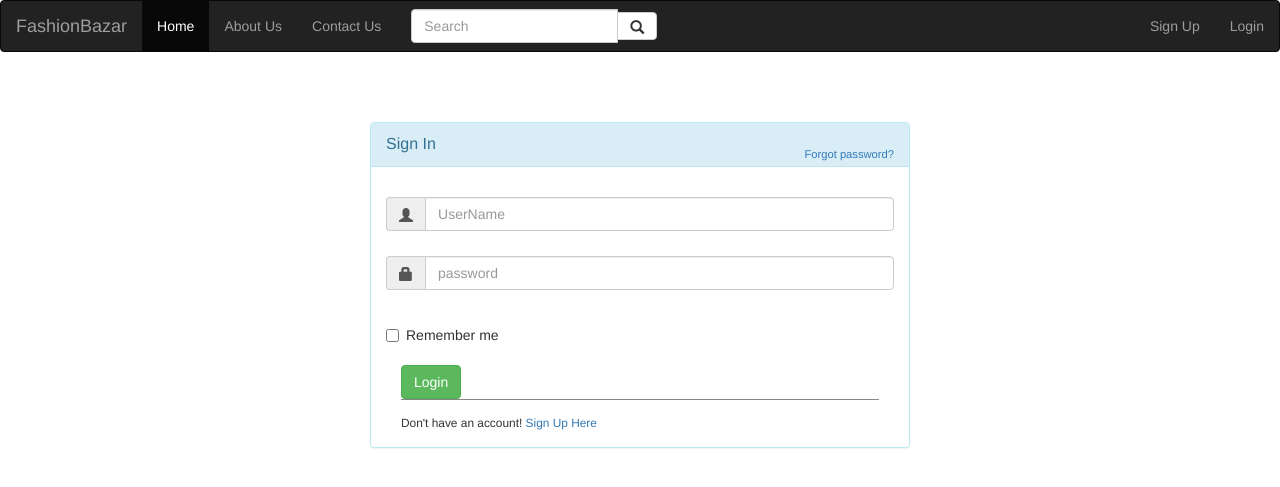
Repository: SmithaMendonca/Project-1
Page: http://localhost/FashionBazarFrontend/WEB-INF/views/Login.jsp
An editor plug-in stored every save of this project. The page is shown before and after the next save, followed by the edit.
The browser window is 1280 px wide. The pictures show the whole page.
The page is served by Tomcat 9. Nobody is signed in. The template is opened directly, without the code that normally fills it, so the values that code supplies are empty.

Above is the page before, as saved 2019-06-06 03:37:42.

After the next save:
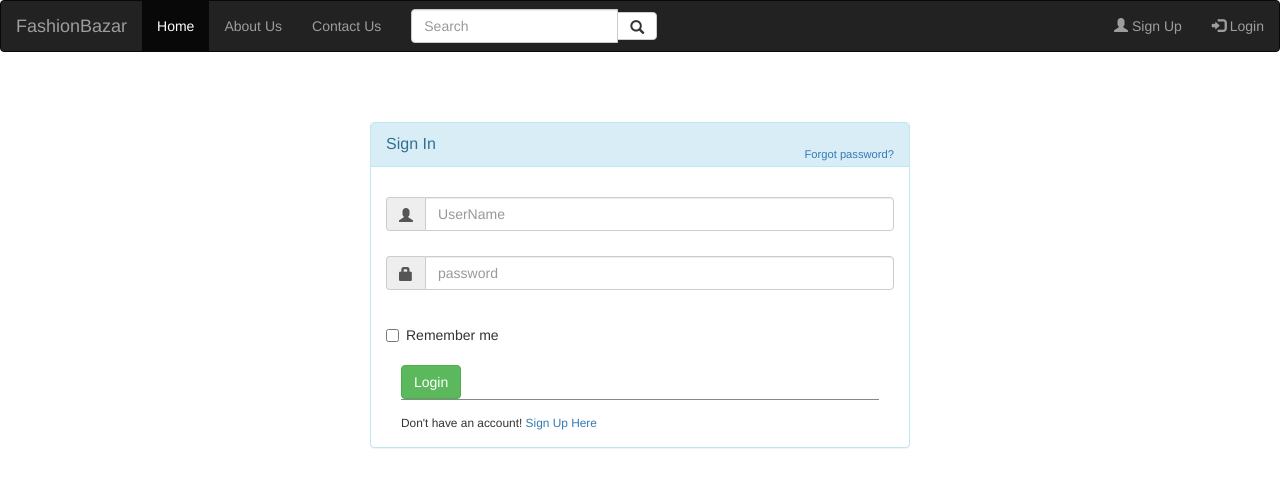
Saved 11 min 12 s later.
--- a/FashionBazarFrontend/src/main/webapp/WEB-INF/views/Header.jsp
+++ b/FashionBazarFrontend/src/main/webapp/WEB-INF/views/Header.jsp
@@ -50,8 +50,8 @@
 
        <ul class="nav navbar-nav navbar-right">
          <c:if test="${!sessionScope.loggedIn }">
-	     	<li><a href="<c:url value="/register"/>"><span-class="glyphicon glyphicon-user"></span> Sign Up</a></li>
-        	 <li><a href="<c:url value="/login"/>"><span-class="glyphicon glyphicon-log-in"></span> Login</a></li>
+	     	<li><a href="<c:url value="/register"/>"><span class="glyphicon glyphicon-user"></span> Sign Up</a></li>
+        	 <li><a href="<c:url value="/login"/>"><span class="glyphicon glyphicon-log-in"></span> Login</a></li>
          </c:if>
 
          <c:if test="${sessionScope.loggedIn }">
